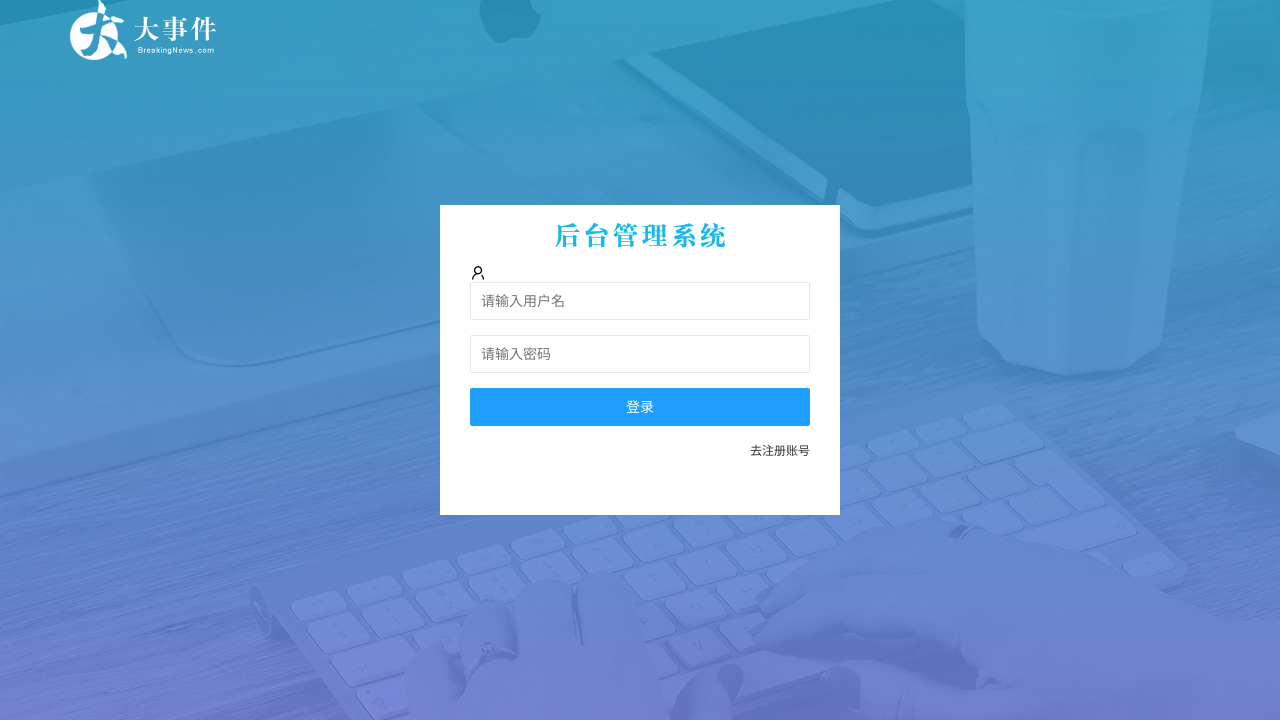
Repository: Yaoshuyi1999/code
Page: login.html
An editor plug-in stored every save of this project. The page is shown before and after the next save, followed by the edit.
The browser window is 1280 px wide. The pictures show the whole page.

Above is the page before, as saved 2022-06-09 10:40:35.

### login.html
<!DOCTYPE html>
<html lang="en">
  <head>
    <meta charset="UTF-8" />
    <meta http-equiv="X-UA-Compatible" content="IE=edge" />
    <meta name="viewport" content="width=device-width, initial-scale=1.0" />
    <title>大事件-登录</title>
    <!-- 导入 LayUI 样式 -->
    <link rel="stylesheet" href="./assets/lib/layui/css/layui.css" />
    <!-- 导入自定义样式 -->
    <link rel="stylesheet" href="./assets/css/login.css" />
  </head>
  <body>
    <!-- 头部 logo 区域 -->
    <div class="layui-main">
      <img src="/assets/images/logo.png" alt="" />
    </div>

    <!-- 登录注册区域 -->
    <div class="loginAndRegBox">
        <!-- 登录标题 -->
        <div class="title-box"></div>
        <!-- 登录 -->
        <div class="login-box">
            <form class="layui-form" id="form_login">

                <!-- 用户名 -->
                <div class="layui-form-item">
                    <i class="layui-icon layui-icon-username"></i>
                    <input
                        type="text"
                        name="username"
                        required
                        lay-verify="required"
                        placeholder="请输入用户名"
                        autocomplete="off"
                        class="layui-input"
                        />
                </div>

                <!-- 密码 -->
                <div class="layui-form-item">
                    <input
                        type="password"
                        name="password"
                        required
                        lay-verify="required"
                        placeholder="请输入密码"
                        autocomplete="off"
                        class="layui-input"
                        />
                </div>

                <!-- 登录按钮 -->
                <div class="layui-form-item">
                    <!-- 注意：表单提交按钮和普通按钮的区别，就是 lay-submit 属性 -->
                    <button class="layui-btn layui-btn-normal layui-btn-fluid" lay-submit >
                        登录
                    </button>
                </div>
                <div class="layui-form-item link">
                    <a href="javascript:;" id="link_reg">去注册账号</a>
                </div>
            </form>
        </div>
        <!-- 注册 -->
        <div class="reg-box">
            <a href="javascript:;" id="link_login">去登录</a>
        </div>
    </div>

    <!-- 引入jQuery -->
    <script src="/assets/lib/jquery.js"></script>
    <!-- 引入自己的js文件 -->
    <script src="/assets/js/login.js"></script>
  </body>
</html>

### assets/css/login.css
html,
body {
  margin: 0;
  padding: 0;
  width: 100%;
  height: 100%;
  background: url(/assets/images/login_bg.jpg) no-repeat center center/cover;
}

.loginAndRegBox {
  width: 400px;
  height: 310px;
  background-color: #fff;
  position: absolute;
  left: 50%;
  top: 50%;
  transform: translate(-50%, -50%);
}

.loginAndRegBox .title-box {
  height: 60px;
  background: url(/assets/images/login_title.png) no-repeat center;
}

/* 登录注册区域 */
.reg-box{
  display: none
}

/* 登录注册区域--登录样式 */
.layui-form {
  padding: 0 30px;
}

.link {
  display: flex;
  justify-content: flex-end;
  font-size: 12px;
}

### assets/js/login.js
$(function(){
    $('#link_reg').click(()=>{
        $('.login-box').hide()
        $('.reg-box').show()
    });
    $('#link_login').click(()=>{
        $('.login-box').show()
        $('.reg-box').hide()
    });
})

Loaded but not shown: assets/lib/layui/css/layui.css (library); assets/lib/jquery.js (library)

After the next save:
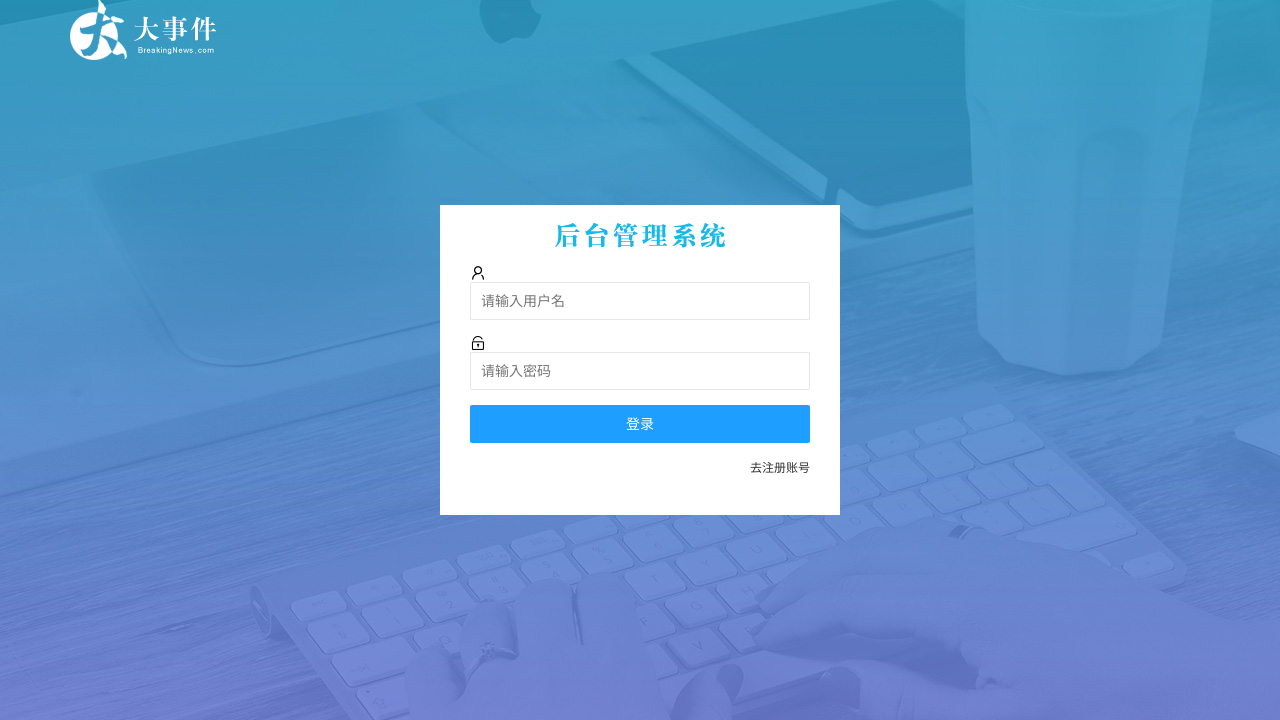
Saved 11 s later.
--- a/login.html
+++ b/login.html
@@ -40,6 +40,7 @@
 
                 <!-- 密码 -->
                 <div class="layui-form-item">
+                    <i class="layui-icon layui-icon-password"></i>
                     <input
                         type="password"
                         name="password"
